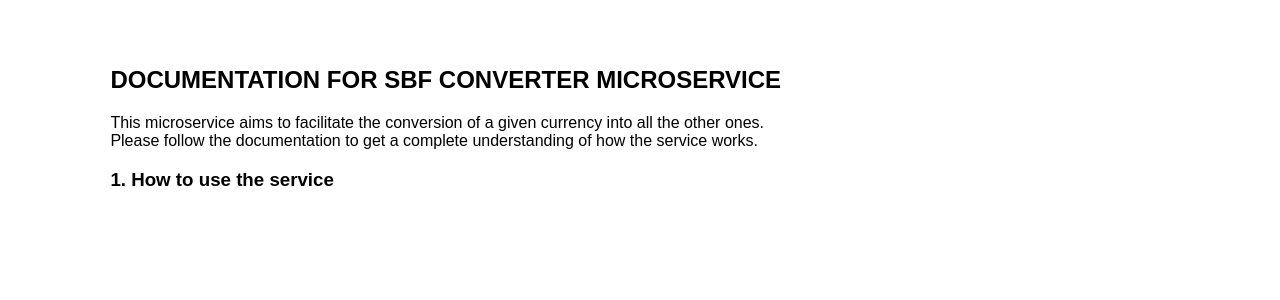
Repository: miguelamello/nestjs-restful-api
Page: documentation.html
The author's editor kept a copy of each file at every save. The page is drawn from the files as they stood at one save, then again after the next save.
The browser window is 1280 px wide. The pictures show the whole page.

Above is the page before, as saved 2023-03-21 21:53:17.

### documentation.html
<!DOCTYPE html>
<html lang="en">
<head>
  <meta charset="UTF-8">
  <meta http-equiv="X-UA-Compatible" content="IE=edge">
  <meta name="viewport" content="width=device-width, initial-scale=1.0">
  <title>SBF Converter Documentation</title>
  <style>
    body {
      font-family: Arial, Helvetica, sans-serif;
      padding: 3% 8%;
    }
  </style>
</head>
<body>
  <h2>DOCUMENTATION FOR SBF CONVERTER MICROSERVICE</h2>
  <p>This microservice aims to facilitate the conversion of a given currency
    into all the other ones. <br>Please follow the documentation to get a complete
  understanding of how the service works. </p>

  <h3>1. How to use the service</h3>

</body>
</html>

After the next save:
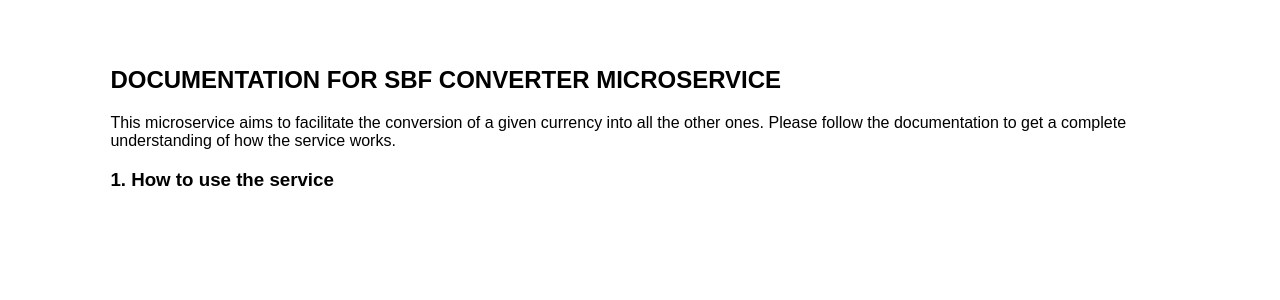
Saved 40 s later.
--- a/documentation.html
+++ b/documentation.html
@@ -15,7 +15,7 @@
 <body>
   <h2>DOCUMENTATION FOR SBF CONVERTER MICROSERVICE</h2>
   <p>This microservice aims to facilitate the conversion of a given currency
-    into all the other ones. <br>Please follow the documentation to get a complete
+    into all the other ones. Please follow the documentation to get a complete
   understanding of how the service works. </p>
 
   <h3>1. How to use the service</h3>
